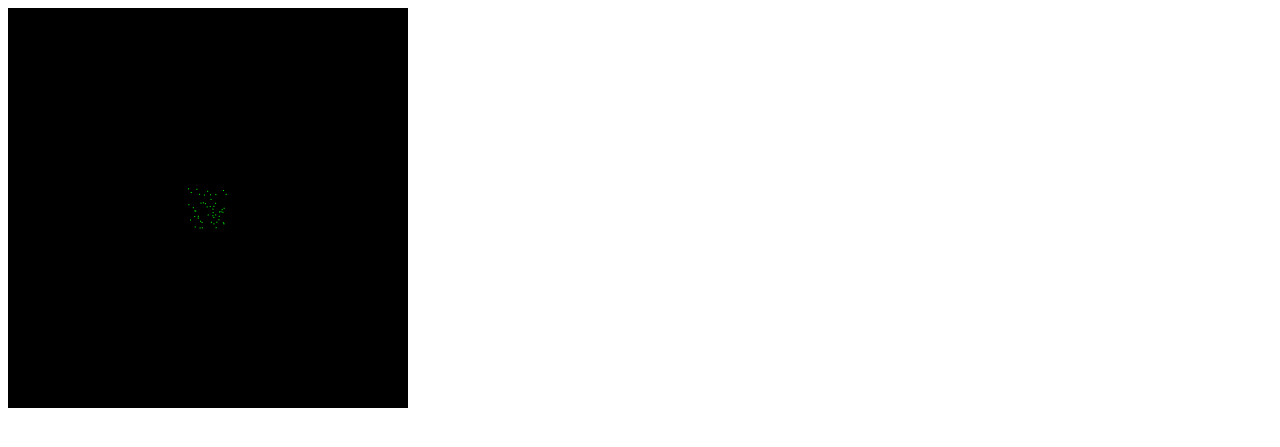
Repository: shaneikennedy/game-of-life
Page: index.html
The author's editor kept a copy of each file at every save. The page is drawn from the files as they stood at one save, then again after the next save.
The browser window is 1280 px wide. The pictures show the whole page.

Above is the page before, as saved 2018-10-27 13:52:07.

### index.html
<!DOCTYPE html>
<html>
<head>
    <meta charset="utf-8" />
    <meta http-equiv="X-UA-Compatible" content="IE=edge">
    <title>Game of Life</title>
    <meta name="viewport" content="width=device-width, initial-scale=1">
    <script src="gol.js"></script>
</head>
<body>
    <canvas id="gc" width="400" height="400"></canvas>
</body>
</html>

### gol.js
window.onload = () => {
  canv = document.getElementById("gc");
  ctx = canv.getContext("2d");
  living = [];
  init();
  setInterval(gol, 1000 / 15); //render 15 times/sec
}

function gol() {
  //render backgroud
  ctx.fillStyle = "black";
  ctx.fillRect(0, 0, canv.width, canv.height);

  // TODO evaluate life forms

  //render new data
  renderLiving();
}

// populates the canvas with the initial living, random for now
function init() {
  //populate them roughly in the middle
  for (let i = 0; i < 50; i++) {
    living.push({
      x: Math.random() * 40 + 180,
      y: Math.random() * 40 + 180,
    });
  }
}

function renderLiving() {
  living.forEach(coord => {
    ctx.fillStyle = 'lime';
    ctx.fillRect(coord.x, coord.y, 1, 1);
  });
}

After the next save:
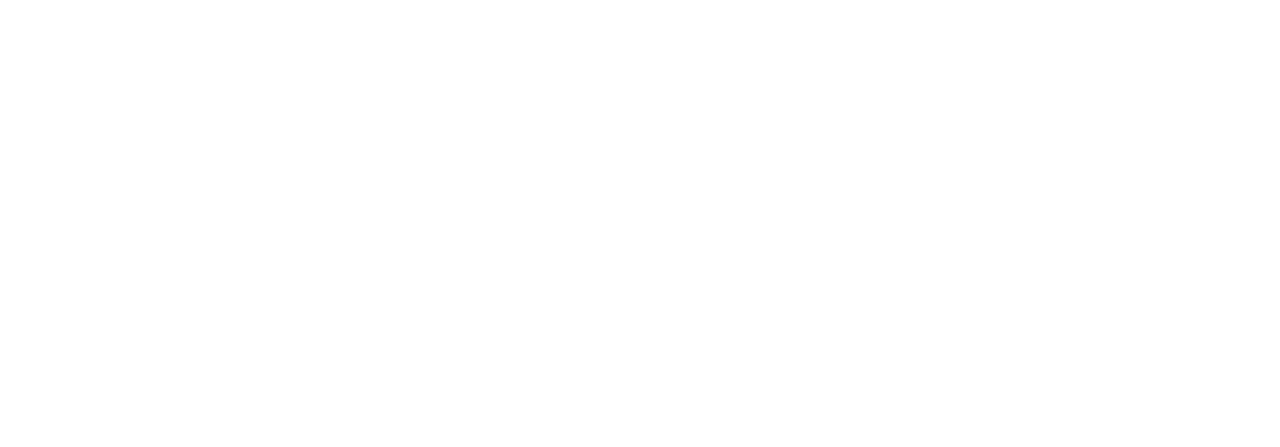
Console error: ReferenceError: currentGen is not defined
Saved 43 min 19 s later.
--- a/gol.js
+++ b/gol.js
@@ -1,6 +1,7 @@
 window.onload = () => {
   canv = document.getElementById("gc");
   ctx = canv.getContext("2d");
+  let currentGen = []
   living = [];
   init();
   setInterval(gol, 1000 / 15); //render 15 times/sec
@@ -15,16 +16,13 @@
 
   //render new data
   renderLiving();
-}
+};
 
 // populates the canvas with the initial living, random for now
 function init() {
-  //populate them roughly in the middle
-  for (let i = 0; i < 50; i++) {
-    living.push({
-      x: Math.random() * 40 + 180,
-      y: Math.random() * 40 + 180,
-    });
+  for (let i = 0; i < 400; i++) {
+    let row = []
+    currentGen.push(row.fill(Math.round(Math.random()), 0, 399));
   }
 }
 
@@ -34,3 +32,7 @@
     ctx.fillRect(coord.x, coord.y, 1, 1);
   });
 }
+
+function evaluate() {
+
+}

After the save that followed:
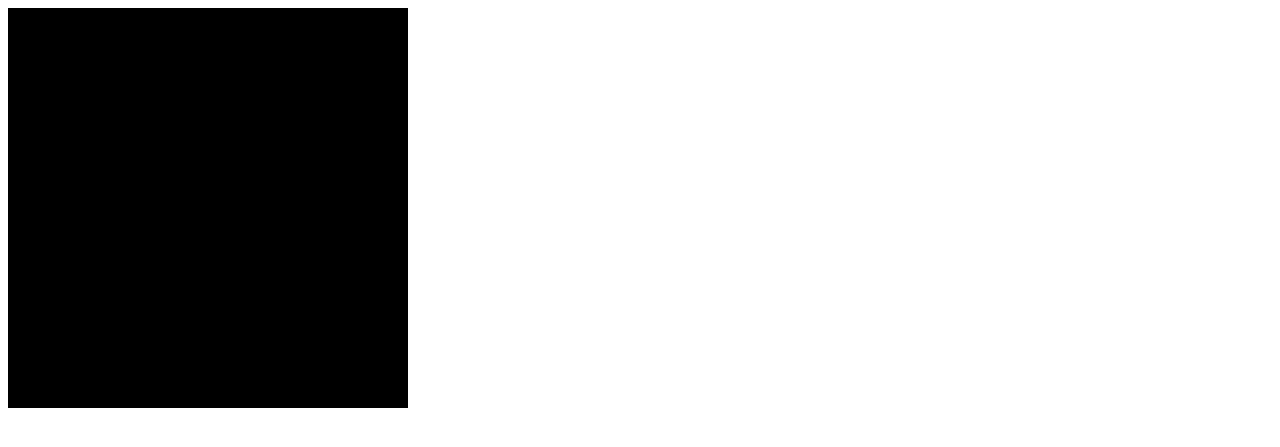
The error is gone.
Saved 79 s later.
--- a/gol.js
+++ b/gol.js
@@ -1,7 +1,7 @@
 window.onload = () => {
   canv = document.getElementById("gc");
   ctx = canv.getContext("2d");
-  let currentGen = []
+  currentGen = []
   living = [];
   init();
   setInterval(gol, 1000 / 15); //render 15 times/sec
